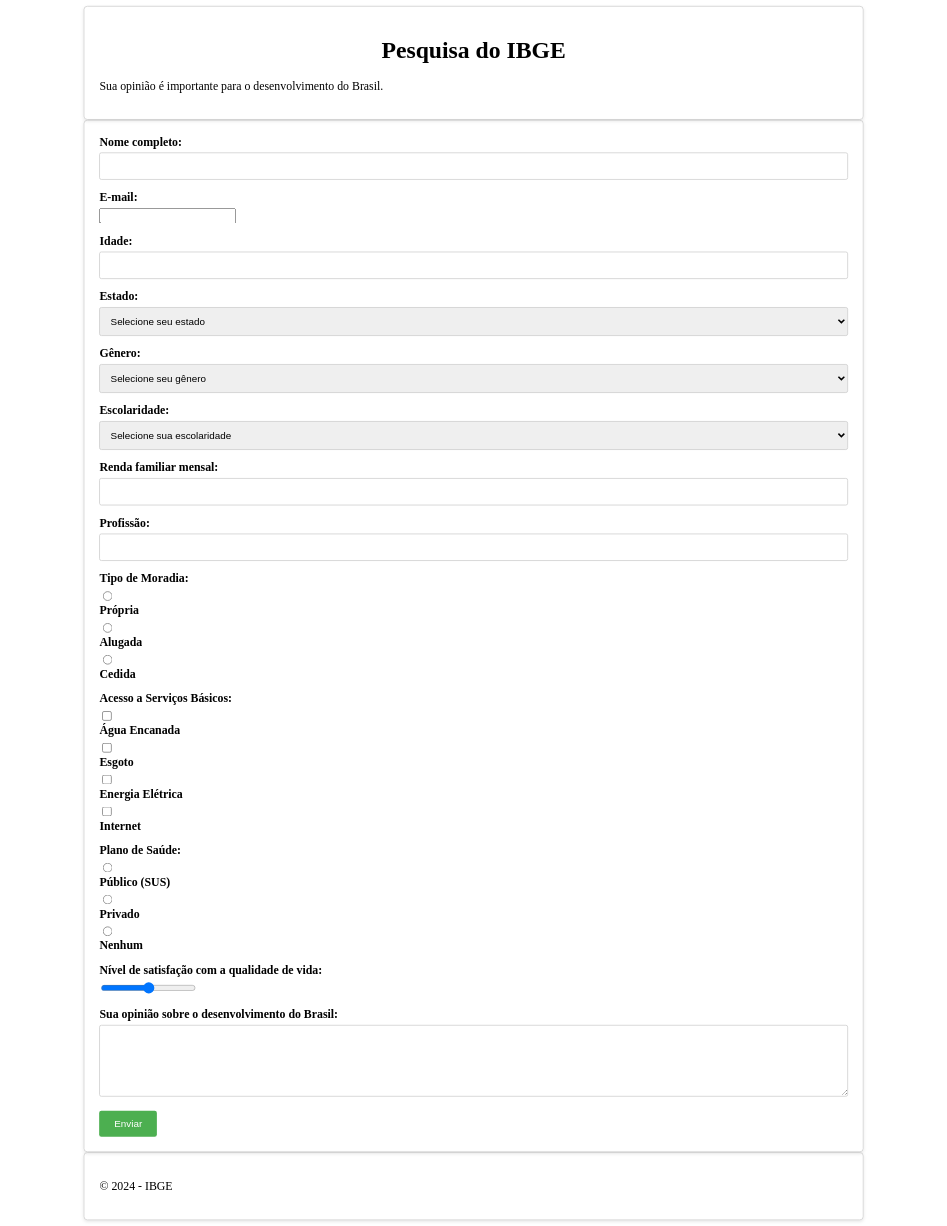
Repository: Gabrielb0rn/Projeto-Formul-rio.io
Page: index.html
The author's editor kept a copy of each file at every save. The page is drawn from the files as they stood at one save, then again after a run of saves.
The browser window is 1280 px wide. The pictures show the whole page, at 74% of full size.

Above is the page before, as saved 2024-06-27 11:57:30.
Not found: assets/script.js

After the next 2 saves:
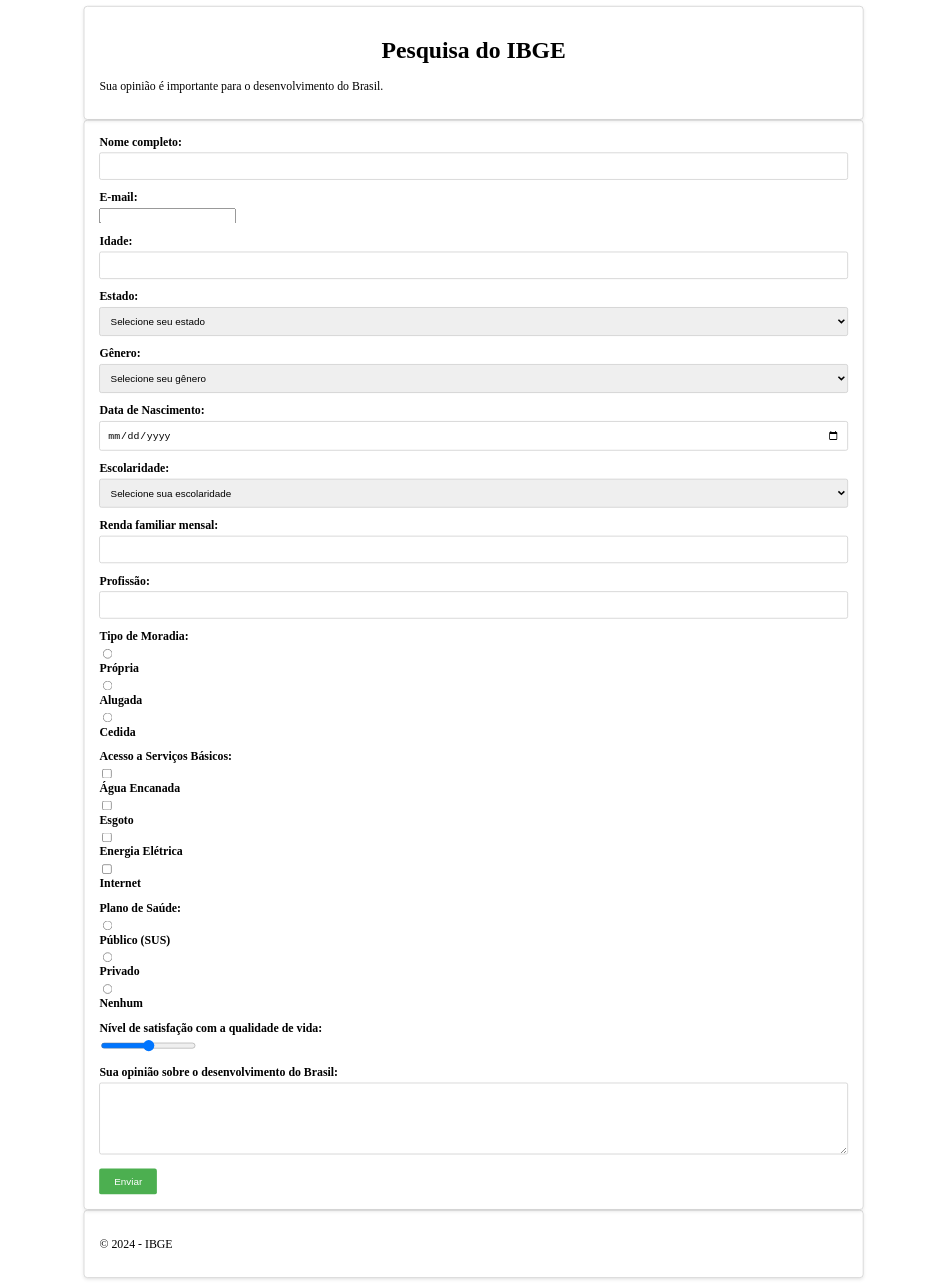
The 2 saves are shown as one change because they came seconds apart.
The last was saved 6 s later.
--- a/index.html
+++ b/index.html
@@ -72,7 +72,10 @@
                         <option value="Prefiro não dizer">Prefiro não dizer</option>
                     </select>
                 </div>
-
+                <div class="form-group">
+                    <label for="data_nascimento">Data de Nascimento:</label>
+                    <input type="date" id="data_nascimento" name="data_nascimento" required>
+                </div>
                 <div class="form-group">
                     <label for="escolaridade">Escolaridade:</label>
                     <select id="escolaridade" name="escolaridade" required>
